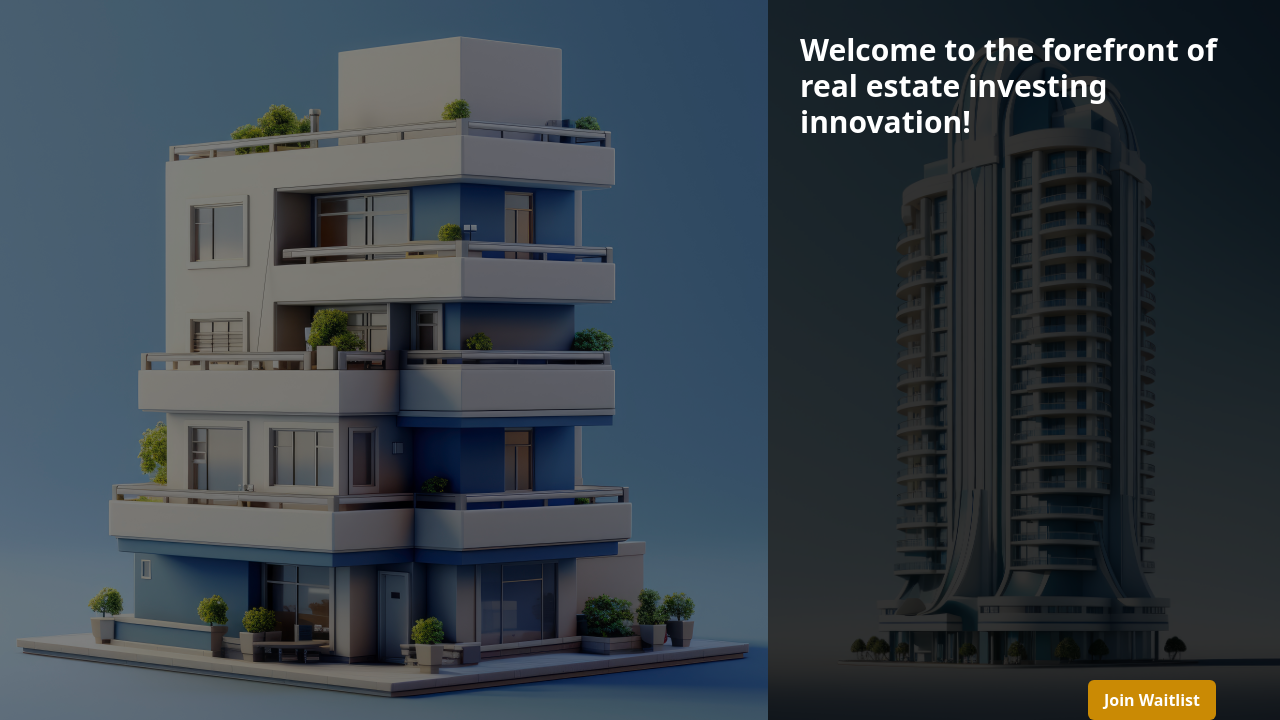
Repository: brytemenz/investnest-landing
Page: /
The author's editor kept a copy of each file at every save. The page is drawn from the files as they stood at one save, then again after the next save.
The browser window is 1280 px wide. The pictures show the whole page.
The project was rebuilt for these pictures with package versions that can differ from the ones it lists, and the page was loaded fresh each time. Also part of the build but not shown: vite.config.js.

Above is the page before, as saved 2024-05-28 19:15:28.

### src/main.jsx
// src/main.jsx
import 'antd/dist/reset.css';
import './index.css';
import './landingPage.css';
import React from 'react';
import ReactDOM from 'react-dom/client';
import App from './App';

ReactDOM.createRoot(document.getElementById('root')).render(
  <React.StrictMode>
    <App />
  </React.StrictMode>
);

### src/landingPage.css
/* src/landingPage.css */
.bg-cover {
  background-size: cover;
}

.bg-center {
  background-position: center;
}

### src/App.jsx
// src/App.jsx
import React from 'react';
import LandingPage from './pages/landingPage';

const App = () => {
  return (
    <LandingPage />
  );
};

export default App;

### src/pages/landingPage.jsx
// src/pages/LandingPage.jsx
import React from 'react';
import leftImage from '../assets/leftimage.jpg';
import rightImage from '../assets/rightimage.jpg';
import '../landingPage.css';

const LandingPage = () => {
  return (
    <div className="flex min-h-screen">
      <div className="w-3/5 relative">
        <div className="absolute inset-0 bg-black bg-opacity-50"></div>
        <div className="bg-cover bg-center h-full" style={{ backgroundImage: `url(${leftImage})` }}></div>
      </div>
      <div className="w-2/5 relative flex flex-col justify-between">
        <div className="bg-cover bg-center h-full" style={{ backgroundImage: `url(${rightImage})` }}>
          <div className="absolute inset-0 bg-black bg-opacity-80 flex flex-col justify-start text-white px-8">
            <div className="mt-8">
              <h2 className="text-3xl font-bold mb-4">Welcome to the forefront of real estate investing innovation!</h2>
            </div>
            <button className="bg-yellow-600 text-white px-4 py-2 rounded-md font-bold self-end mt-auto mr-8">Join Waitlist</button>
          </div>
        </div>
      </div>
    </div>
  );
};

export default LandingPage;

Loaded but not shown: src/index.css (common file); tailwind.config.js (common file)

After the next save:
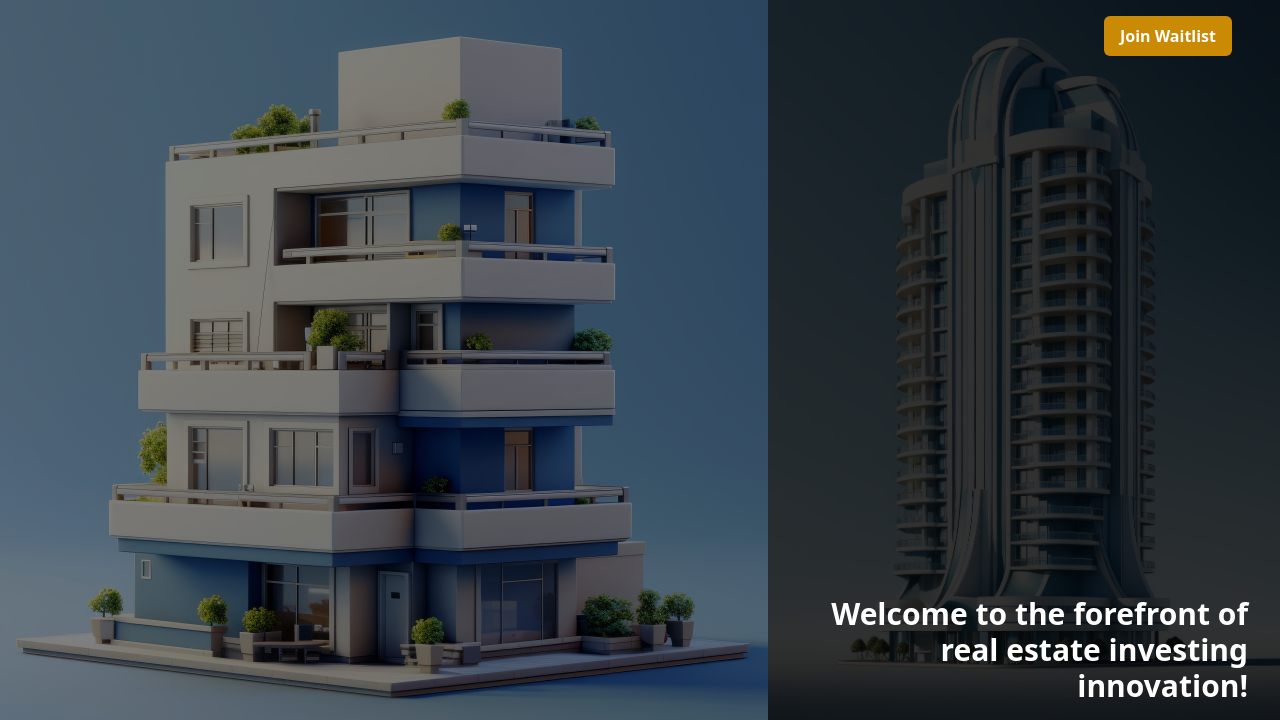
Saved 47 s later.
--- a/src/pages/landingPage.jsx
+++ b/src/pages/landingPage.jsx
@@ -11,13 +11,13 @@ const LandingPage = () => {
         <div className="absolute inset-0 bg-black bg-opacity-50"></div>
         <div className="bg-cover bg-center h-full" style={{ backgroundImage: `url(${leftImage})` }}></div>
       </div>
-      <div className="w-2/5 relative flex flex-col justify-between">
+      <div className="w-2/5 relative">
         <div className="bg-cover bg-center h-full" style={{ backgroundImage: `url(${rightImage})` }}>
-          <div className="absolute inset-0 bg-black bg-opacity-80 flex flex-col justify-start text-white px-8">
-            <div className="mt-8">
+          <div className="absolute inset-0 bg-black bg-opacity-80 flex flex-col justify-between items-end text-white px-8">
+            <button className="bg-yellow-600 text-white px-4 py-2 rounded-md font-bold mt-4 mr-4">Join Waitlist</button>
+            <div className="mt-8 text-right">
               <h2 className="text-3xl font-bold mb-4">Welcome to the forefront of real estate investing innovation!</h2>
             </div>
-            <button className="bg-yellow-600 text-white px-4 py-2 rounded-md font-bold self-end mt-auto mr-8">Join Waitlist</button>
           </div>
         </div>
       </div>
